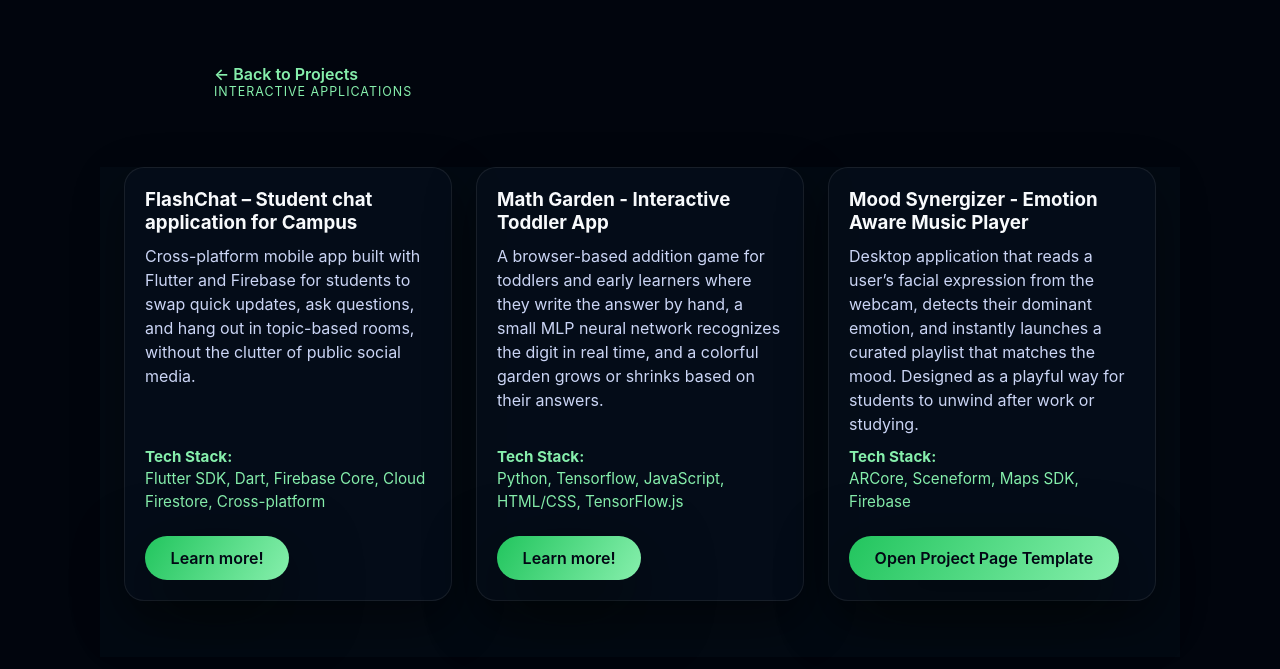
Repository: Abdulaziz-04/Abdulaziz-04.github.io
Page: projects/interactive_apps.html
These files come from the project's save history. The page is drawn as it stood at one moment and after the next save; the edit follows.
The browser window is 1280 px wide. The pictures show the whole page.

Above is the page before, as saved 2025-11-20 16:16:11.

### projects/interactive_apps.html
<!DOCTYPE html>
<html lang="en">
  <head>
    <meta charset="UTF-8" />
    <meta name="viewport" content="width=device-width, initial-scale=1" />
    <title>Interactive Apps</title>
    <link rel="stylesheet" href="../assets/css/styles.css" />
  </head>
  <body class="category-page">
    <header class="category-hero">
      <a class="category-back" href="../index.html#projects"
        >&larr; Back to Projects</a
      >
      <p class="category-pill">Interactive Applications</p>
    </header>
    <main class="section category-section">
      <div class="project-modal-grid">
        <article class="project-modal-card">
          <div class="project-modal__body">
            <h3>FlashChat – Student chat application for Campus</h3>
            <p class="project-modal__summary">
              Cross-platform mobile app built with Flutter and Firebase for
              students to swap quick updates, ask questions, and hang out in
              topic-based rooms, without the clutter of public social media.
            </p>
            <p class="project-modal__tech">
              <strong>Tech Stack:</strong>
              Flutter SDK, Dart, Firebase Core, Cloud Firestore, Cross-platform
            </p>
            <div class="project-modal__actions">
              <a
                class="btn primary"
                href="../deepdives/interactive_apps/flash_chat/flash_chat.html"
                >Learn more!</a
              >
            </div>
          </div>
        </article>

        <article class="project-modal-card">
          <div class="project-modal__body">
            <h3>Math Garden - Interactive Toddler App</h3>

            <p class="project-modal__summary">
              A browser-based addition game for toddlers and early learners
              where they write the answer by hand, a small MLP neural network
              recognizes the digit in real time, and a colorful garden grows or
              shrinks based on their answers.
            </p>
            <p class="project-modal__tech">
              <strong>Tech Stack:</strong>
              Python, Tensorflow, JavaScript, HTML/CSS, TensorFlow.js
            </p>
            <div class="project-modal__actions">
              <a
                class="btn primary"
                href="../deepdives/interactive_apps/math_garden/math_garden.html"
                >Learn more!</a
              >
            </div>
          </div>
        </article>

        <article class="project-modal-card">
          <div class="project-modal__body">
            <h3>Mood Synergizer - Emotion Aware Music Player</h3>
            <p class="project-modal__summary">
              Desktop application that reads a user’s facial expression from the
              webcam, detects their dominant emotion, and instantly launches a
              curated playlist that matches the mood. Designed as a playful way
              for students to unwind after work or studying.
            </p>
            <p class="project-modal__tech">
              <strong>Tech Stack:</strong> ARCore, Sceneform, Maps SDK, Firebase
            </p>
            <div class="project-modal__actions">
              <a class="btn primary" href="project-template.html"
                >Open Project Page Template</a
              >
            </div>
          </div>
        </article>
      </div>
    </main>
  </body>
</html>

### assets/css/styles.css
:root {
  --bg: #030a13;
  --bg-alt: #050f1f;
  --panel: #071425;
  --panel-soft: rgba(34, 197, 94, 0.08);
  --accent: #22c55e;
  --accent-strong: #86efac;
  --text: #f8fafc;
  --muted: #cbd5f5;
  --border: rgba(255, 255, 255, 0.08);
  --radius: 18px;
  --shadow: 0 25px 70px rgba(1, 8, 4, 0.55);
}

* {
  box-sizing: border-box;
}

body {
  margin: 0;
  min-height: 100vh;
  font-family: "Inter", "Segoe UI", system-ui, -apple-system, BlinkMacSystemFont,
    sans-serif;
  color: var(--text);
  background: radial-gradient(circle at 15% 35%, rgba(34, 197, 94, 0.15), transparent 45%),
    radial-gradient(circle at 80% 0%, rgba(134, 239, 172, 0.2), transparent 35%),
    #020718;
  scroll-behavior: smooth;
  padding-top: 0;
}

.modal-open {
  overflow: hidden;
}

main {
  background: var(--bg);
}

.section {
  max-width: 1080px;
  margin: 0 auto;
  padding: 3.5rem 1.5rem;
}

.site-header {
  margin: 0;
  padding: clamp(4rem, 12vw, 6rem) clamp(1.5rem, 6vw, 4rem) 3.5rem;
  background: linear-gradient(135deg, rgba(5, 18, 12, 0.9), rgba(3, 10, 19, 0.85)),
    radial-gradient(circle at top left, rgba(34, 197, 94, 0.25), transparent 55%);
  box-shadow: inset 0 1px 0 rgba(255, 255, 255, 0.05);
  min-height: 85vh;
  display: flex;
  align-items: center;
}

.hero-header {
  margin-top: 0;
  padding-top: clamp(4.5rem, 12vw, 7rem);
}

.top-nav {
  position: fixed;
  top: 0;
  left: 0;
  width: 100%;
  padding: 0.75rem clamp(1.25rem, 6vw, 4rem);
  background: rgba(4, 9, 20, 0.95);
  border-bottom: 1px solid rgba(255, 255, 255, 0.05);
  backdrop-filter: blur(14px);
  display: flex;
  align-items: center;
  justify-content: space-between;
  gap: 1rem;
  z-index: 50;
}

.top-nav__brand {
  font-size: 0.85rem;
  letter-spacing: 0.3em;
  text-transform: uppercase;
  color: var(--muted);
}

.top-nav__links {
  display: flex;
  align-items: center;
  gap: 0.9rem;
  flex-wrap: wrap;
}

.nav-link {
  text-decoration: none;
  color: var(--muted);
  font-weight: 600;
  letter-spacing: 0.08em;
  text-transform: uppercase;
  padding: 0.4rem 0.85rem;
  border-radius: 999px;
  transition: color 0.2s ease, background 0.2s ease;
}

.nav-link:hover {
  color: var(--text);
}

.nav-link.active {
  background: var(--accent);
  color: #03140c;
}

.hire-btn {
  cursor: pointer;
  background: var(--accent);
  color: black;
  padding: 0.95rem 2.4rem;
  font-size: 1.1rem;
  font-weight: 700;
  border: none;
  border-radius: 999px;
  box-shadow: 0 12px 28px rgba(34, 197, 94, 0.35);
}

.hero-grid {
  display: grid;
  grid-template-columns: minmax(0, 1.4fr) minmax(220px, 320px);
  gap: clamp(2rem, 4vw, 3.5rem);
  width: 100%;
  align-items: start;
}

.hero-text h1 {
  font-size: clamp(2.5rem, 5vw, 3.8rem);
  margin: 0.2rem 0 0.8rem;
}

.hero-lede {
  color: var(--muted);
  font-size: 1.05rem;
  max-width: 560px;
  line-height: 1.6;
}

.eyebrow {
  text-transform: uppercase;
  color: var(--accent-strong);
}

.hero-summary {
  margin: 1.5rem 0 1.75rem;
  color: var(--muted);
}

.summary-list {
  font-size: large;
  margin: 0;
  padding-left: 1.5rem;
}

.summary-list li {
  margin-bottom: 0.55rem;
  line-height: 1.5;
}

.hero-actions {
  display: flex;
  flex-wrap: wrap;
  gap: 1rem;
  width: 100%;
}

.hero-actions .hire-btn {
  padding: 1.1rem 2.8rem;
  font-size: 1.2rem;
}

.btn {
  display: inline-flex;
  align-items: center;
  justify-content: center;
  gap: 0.4rem;
  padding: 0.75rem 1.6rem;
  border-radius: 999px;
  text-decoration: none;
  font-weight: 600;
  transition: transform 0.2s ease, box-shadow 0.2s ease;
}

.btn.primary {
  background: linear-gradient(120deg, var(--accent), var(--accent-strong));
  color: #020714;
  box-shadow: var(--shadow);
}

.btn.secondary {
  border: 1px solid var(--accent);
  color: var(--accent-strong);
}

.btn:hover {
  transform: translateY(-2px);
}

.hero-photo {
  justify-self: center;
}

.hero-photo img {
  width: clamp(220px, 18vw, 280px);
  border-radius: 28px;
  border: 1px solid rgba(134, 239, 172, 0.2);
  box-shadow: 0 20px 60px rgba(0, 0, 0, 0.6);
  filter: saturate(1.05);
}

.section h2 {
  margin-top: 0;
  font-size: 2rem;
}

.experience-grid {
  display: grid;
  grid-template-columns: repeat(auto-fit, minmax(300px, 1fr));
  gap: 1.75rem;
}

.experience-title {
  display: flex;
  justify-content: space-between;
  align-items: center;
  gap: 1rem;
  font-size: 1.2rem;
}

.experience-title .role {
  color: var(--text); /* default text color */
  font-weight: 600;
}

.experience-title .org {
  color:#6DF9C9;
  white-space: nowrap;
}

.experience-card,
.project-card {
  background: linear-gradient(145deg, var(--panel), rgba(6, 14, 18, 0.9));
  border-radius: var(--radius);
  border: 1px solid var(--border);
  padding: 1.75rem;
  box-shadow: var(--shadow);
}

.timeline {
  border-left: 2px solid var(--border);
  margin-top: 1.25rem;
}

.timeline-item {
  padding-left: 1.75rem;
  margin-bottom: 1.75rem;
  position: relative;
}

.timeline-header {
  display: flex;
  justify-content: space-between;
  align-items: baseline;
  gap: 1rem;
}

.timeline-header h3 {
  margin: 0;
}

.education-title {
  display: flex;
  justify-content: space-between;
  gap: 0.75rem;
  align-items: baseline;
  flex-wrap: wrap;
}

.edu-gpa {
  color: var(--accent-strong);
  white-space: nowrap;
  font-size: 0.95rem;
}





.hire-modal {
  position: fixed;
  inset: 0;
  background: rgba(5, 9, 18, 0.8);
  display: flex;
  justify-content: center;
  align-items: center;
  z-index: 100;
}

.hire-modal[hidden] {
  display: none;
}

.hire-modal__panel {
  background: #050b16;
  border: 1px solid rgba(255, 255, 255, 0.08);
  border-radius: 22px;
  padding: 1.75rem;
  width: min(90%, 420px);
  box-shadow: 0 30px 80px rgba(0, 0, 0, 0.55);
  position: relative;
  color: var(--text);
}

.hire-modal__panel p {
  color: var(--muted);
}

.hire-modal__close {
  position: absolute;
  top: 0.5rem;
  right: 0.75rem;
  background: var(--accent);
  color: #02120b;
  border: none;
  font-size: 1.35rem;
  font-weight: 700;
  cursor: pointer;
  width: 2.25rem;
  height: 2.25rem;
  border-radius: 999px;
  display: inline-flex;
  align-items: center;
  justify-content: center;
  line-height: 1;
}

.hire-options {
  display: flex;
  flex-direction: column;
  gap: 0.75rem;
  margin-top: 1rem;
}

.hire-option {
  display: flex;
  justify-content: space-between;
  align-items: center;
  padding: 0.85rem 1rem;
  border-radius: 1rem;
  text-decoration: none;
  color: var(--text);
  border: 1px solid rgba(255, 255, 255, 0.08);
  background: rgba(255, 255, 255, 0.02);
  transition: background 0.2s ease, transform 0.2s ease;
}

.hire-option:hover {
  background: rgba(34, 197, 94, 0.18);
  transform: translateY(-2px);
}

.hire-option small {
  color: var(--muted);
  letter-spacing: 0.04em;
}

.hire-modal__action {
  margin-top: 1.5rem;
  width: 100%;
  text-align: center;
}

.timeline-item::before {
  content: "";
  width: 11px;
  height: 11px;
  border-radius: 999px;
  background: var(--accent);
  box-shadow: 0 0 16px rgba(34, 197, 94, 0.8);
  position: absolute;
  left: -6px;
  top: 4px;
}

.timeline-date {
  font-size: 0.85rem;
  letter-spacing: 0.1em;
  text-transform: uppercase;
  color: var(--muted);
}

.course-dropdown {
  margin-top: 1.5rem;
}

.course-toggle {
  width: 100%;
  background: transparent;
  border: 1px solid rgba(255, 255, 255, 0.08);
  border-radius: var(--radius);
  padding: 0.75rem 1.1rem;
  color: var(--text);
  font: inherit;
  font-weight: 600;
  letter-spacing: 0.04em;
  display: flex;
  justify-content: space-between;
  align-items: center;
  cursor: pointer;
  transition: border-color 0.2s ease, transform 0.2s ease, box-shadow 0.2s ease;
}

.course-toggle:hover {
  border-color: rgba(134, 239, 172, 0.7);
  box-shadow: 0 0 20px rgba(34, 197, 94, 0.25);
  transform: translateY(-1px);
}

.course-toggle__icon {
  font-size: 1.1rem;
  line-height: 1;
  transition: transform 0.25s ease;
}

.course-toggle[aria-expanded='true'] .course-toggle__icon {
  transform: rotate(45deg);
}

.course-panel {
  margin-top: 1rem;
  border-left: 2px solid rgba(134, 239, 172, 0.3);
  padding-left: 1.25rem;
}

.course-panel[hidden] {
  display: none;
}

.course-panel__body h4 {
  margin-top: 1rem;
  margin-bottom: 0.5rem;
}

.certifications-list {
  display: grid;
  gap: 1rem;
  margin-top: 1rem;
}

#certifications {
  scroll-margin-top: 140px;
}

.cert-list {
  list-style: none;
  padding: 0;
  margin: 0;
  display: flex;
  flex-direction: column;
  gap: 0.75rem;
}

.cert-title {
  font-weight: 700;
}

.cert-meta {
  font-size: 0.95rem;
  color: var(--muted);
}

.loading-text,
.loading-error {
  color: var(--muted);
  font-style: italic;
}

.loading-error {
  color: #fda4af;
}

.project-card--featured {
  display: flex;
  flex-wrap: wrap;
  gap: 1.5rem;
}

.project-media img {
  max-width: 280px;
  border-radius: var(--radius);
  border: 1px solid rgba(34, 197, 94, 0.3);
}

.project-grid {
  display: grid;
  grid-template-columns: repeat(auto-fit, minmax(240px, 1fr));
  gap: 1.25rem;
  margin-top: 1rem;
}

.projects-overview .projects-lede {
  color: var(--muted);
  max-width: 760px;
  margin-bottom: 2rem;
}

.project-category-grid {
  display: grid;
  grid-template-columns: repeat(auto-fit, minmax(260px, 1fr));
  gap: 1.5rem;
  margin-top: 2rem;
}

.project-category-card {
  border: 1px solid var(--border);
  border-radius: var(--radius);
  padding: 1.75rem;
  background: rgba(7, 19, 33, 0.85);
  display: flex;
  flex-direction: column;
  gap: 0.75rem;
  box-shadow: 0 15px 40px rgba(0, 0, 0, 0.35);
  min-height: 260px;
}

.category-pill {
  text-transform: uppercase;
  letter-spacing: 0.08em;
  font-size: 0.78rem;
  color: var(--accent-strong);
  margin: 0;
  display: block;
  min-height: 2.2em;
}

.project-category-card h3 {
  margin: 0;
  line-height: 1.35;
  min-height: 3.2em;
}

.project-category-card > p:not(.category-pill) {
  margin: 0;
  line-height: 1.5;
  min-height: 4.4em;
}

.category-link {
  align-self: flex-start;
  margin-top: auto;
}

.category-page {
  background: #01050d;
  color: var(--text);
  min-height: 100vh;
  margin: 0;
}

.category-hero {
  max-width: 900px;
  margin: 0 auto;
  padding: 4rem 1.5rem 2rem;
  text-align: left;
}

.category-hero h1 {
  margin-top: 0.5rem;
}

.category-back {
  text-decoration: none;
  color: var(--accent-strong);
  font-weight: 600;
}

.category-section {
  padding-top: 0;
}

.category-description {
  color: var(--muted);
  max-width: 720px;
}

.project-modal-grid {
  display: grid;
  grid-template-columns: repeat(auto-fit, minmax(280px, 1fr));
  gap: 1.5rem;
  margin-top: 1.5rem;
  align-items: stretch;
  grid-auto-rows: 1fr;
}

.project-modal-card {
  border: 1px solid rgba(255, 255, 255, 0.08);
  border-radius: 20px;
  padding: 1.25rem;
  background: rgba(5, 13, 25, 0.95);
  display: flex;
  flex-direction: column;
  gap: 1rem;
  box-shadow: 0 20px 50px rgba(0, 0, 0, 0.45);
  height: 100%;
}

.project-modal__body {
  display: grid;
  grid-template-rows: auto 1fr auto auto;
  gap: 0.6rem;
  height: 100%;
}

.project-modal-card h3 {
  margin: 0;
  min-height: 2.6rem;
  display: flex;
  align-items: flex-end;
}

.project-modal__body h3,
.project-modal__body p {
  margin: 0;
}

.project-modal__summary {
  color: var(--muted);
  line-height: 1.5;
  min-height: 0;
}

.project-modal__tech {
  font-size: 0.95rem;
  color: var(--accent-strong);
  min-height: 2.4rem;
  line-height: 1.5;
}

.project-modal__tech strong,
.project-modal__tech b {
  display: block;
}

.project-modal__actions {
  display: flex;
  gap: 0.75rem;
  flex-wrap: wrap;
  margin-top: auto;
  padding-top: 0.75rem;
}

.category-footer {
  text-align: center;
  color: var(--muted);
  padding: 2rem 1rem 3rem;
}

.project-detail-page {
  background: #01050d;
  color: var(--text);
  margin: 0;
}

.detail-hero {
  max-width: 960px;
  margin: 0 auto;
  padding: 4rem 1.5rem 2rem;
}

.detail-summary {
  color: var(--muted);
  font-size: 1.1rem;
}

.detail-meta {
  list-style: none;
  padding: 0;
  margin: 1.5rem 0 0;
  display: flex;
  flex-wrap: wrap;
  gap: 1rem 2rem;
  color: var(--accent-strong);
}

.detail-content {
  padding-top: 0;
}

.home-page p,
.home-page li,
.home-page .course-panel__body {
  text-align: justify;
}

.home-page .projects-overview p,
.home-page .project-category-card p {
  text-align: left;
}

.project-detail-page p,
.project-detail-page li {
  text-align: justify;
}

.detail-section {
  margin-bottom: 2.5rem;
}

.detail-gallery {
  display: flex;
  flex-direction: column;
  gap: 1.5rem;
}

.detail-gallery .gallery-row {
  display: flex;
  flex-direction: column;
  gap: 1.75rem;
  align-items: center;
}

.detail-gallery .gallery-row--two {
  width: 100%;
  display: grid;
  grid-template-columns: repeat(auto-fit, minmax(280px, 1fr));
  gap: 1.25rem;
  align-items: start;
}

.detail-gallery .gallery-item {
  flex: 0 0 auto;
  max-width: 880px;
  margin: 0 auto;
  text-align: center;
}

.detail-gallery .gallery-item figcaption {
  text-align: center;
}

.detail-gallery .gallery-item img {
  display: block;
  width: 100%;
  height: auto;
  border-radius: 12px;
  border: 1px solid rgba(255, 255, 255, 0.08);
  margin: 0 auto;
  transform: none;
}

.detail-video {
  display: block;
  width: 100%;
  max-width: 720px;
  height: auto;
  margin: 0 auto;
  border-radius: 12px;
  border: 1px solid rgba(255, 255, 255, 0.08);
  background: #000;
}

.detail-gallery__grid {
  display: grid;
  grid-template-columns: repeat(auto-fit, minmax(240px, 1fr));
  gap: 1.25rem;
}

.detail-gallery__grid img {
  width: 100%;
  border-radius: 14px;
  border: 1px solid rgba(255, 255, 255, 0.08);
}

.detail-snippet pre {
  background: #020714;
  padding: 1.25rem;
  border-radius: 16px;
  border: 1px solid rgba(255, 255, 255, 0.08);
  overflow-x: auto;
}

.code-emphasis {
  font-size: 1.4em;
}

.skills-list {
  display: flex;
  flex-wrap: wrap;
  gap: 0.65rem;
}

.skill-pill {
  --pill-bg: rgba(148, 163, 184, 0.15);
  --pill-color: #f8fafc;
  --pill-icon: rgba(255, 255, 255, 0.85);
  display: inline-flex;
  align-items: center;
  gap: 0.4rem;
  padding: 0.45rem 0.9rem;
  border-radius: 0.85rem;
  background: var(--pill-bg);
  color: var(--pill-color);
  font-size: 0.78rem;
  font-weight: 700;
  letter-spacing: 0.05em;
  text-transform: uppercase;
  border: 1px solid rgba(255, 255, 255, 0.06);
  box-shadow: 0 6px 14px rgba(0, 0, 0, 0.25);
}

.skill-pill i {
  font-size: 1rem;
  color: var(--pill-icon);
}

.site-footer {
  text-align: center;
  display: flex;
  justify-content: center;
  padding: 2.5rem 1rem 3rem;
  color: var(--muted);
  border-top: 1px solid var(--border);
  background: linear-gradient(180deg, rgba(5, 9, 18, 0.98), rgba(2, 7, 24, 0.95));
  margin-top: 0;
  box-shadow: 0 -18px 45px rgba(0, 0, 0, 0.45);
}

.site-footer p {
  margin: 0;
}

@media (max-width: 1024px) {
  .hero-grid {
    grid-template-columns: 1fr;
    text-align: center;
  }

  .hero-photo {
    order: -1;
  }

  .top-nav {
    flex-direction: column;
    align-items: flex-start;
    gap: 0.5rem;
  }

  .top-nav__links {
    width: 100%;
    justify-content: flex-start;
    gap: 0.5rem;
  }

  .hire-btn {
    width: 100%;
    text-align: center;
  }
}

@media (max-width: 640px) {
  .hero-header {
    padding-top: 9rem;
  }

  .experience-title {
    flex-direction: column;
    align-items: flex-start;
    gap: 0.35rem;
    font-size: 1.05rem;
  }

  .experience-title .org {
    white-space: normal;
    width: 100%;
  }
}


/* Medium size for first GIF */
.gallery-item--medium {
  text-align: center;
}

.gallery-item--medium img {
  max-width: 720px;
  width: 100%;
  height: auto;
  display: block;
  margin: 0 auto;
}

.gallery-item figcaption {
  margin-top: 0.95rem;
  color: var(--muted);
  line-height: 1.5;
}

.hero-screens {
  display: flex;
  flex-wrap: wrap;
  justify-content: center;
  align-items: flex-start;
  gap: 1.25rem;
}

.hero-screens .gallery-item {
  max-width: 220px;
  width: 100%;
  display: flex;
  flex-direction: column;
  align-items: center;
}

.hero-screens .gallery-item img {
  width: 100%;
  height: 420px;
  display: block;
  margin: 0 auto;
  object-fit: contain;
}

.hero-screens .gallery-item figcaption {
  text-align: center;
  margin-top: 0.75rem;
}


a {
  color: #b6f5c9;
}

a:hover {
  color: #8ef0af;
}

After the next save:
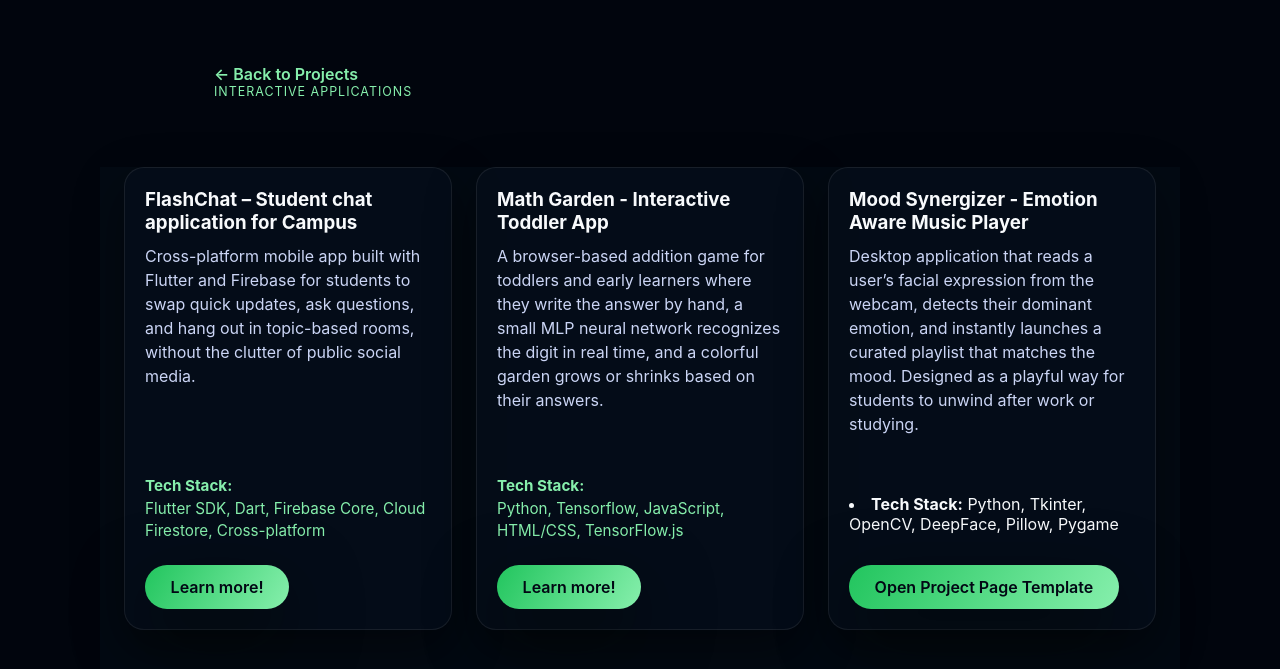
Saved 13 s later.
--- a/projects/interactive_apps.html
+++ b/projects/interactive_apps.html
@@ -71,7 +71,10 @@
               for students to unwind after work or studying.
             </p>
             <p class="project-modal__tech">
-              <strong>Tech Stack:</strong> ARCore, Sceneform, Maps SDK, Firebase
+              <li>
+                <strong>Tech Stack:</strong>
+                Python, Tkinter, OpenCV, DeepFace, Pillow, Pygame
+              </li>
             </p>
             <div class="project-modal__actions">
               <a class="btn primary" href="project-template.html"
